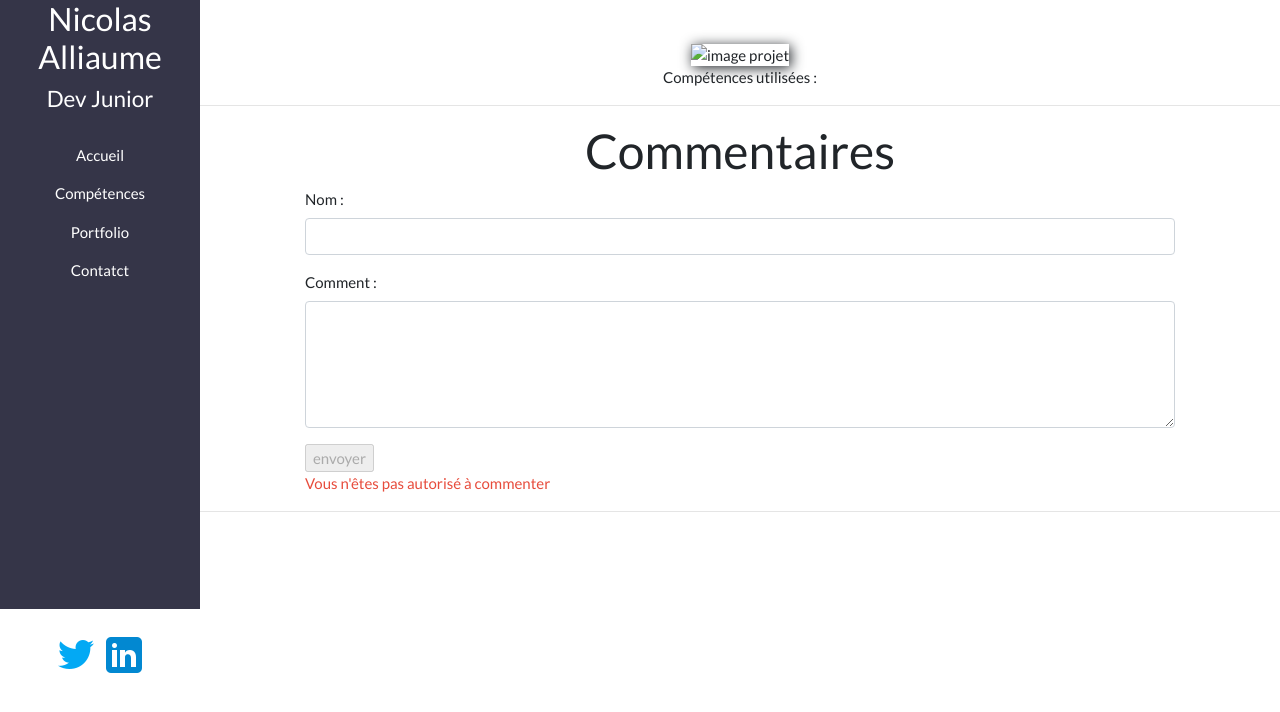
Repository: Nicolas-al/alliaumen
Page: templates/portfolio/index.html.twig
The author's editor kept a copy of each file at every save. The page is drawn from the files as they stood at one save, then again after the next save.
The browser window is 1280 px wide. The pictures show the whole page.
Some web fonts or font styles are not loaded; a fallback is used. Some web libraries are served in a nearby version. The page is a Twig template of a Symfony application; nobody is signed in and links lead nowhere. Other server files are loaded and not shown. The template is opened directly, without the code that normally fills it, so the values that code supplies are empty.

Above is the page before, as saved 2020-09-14 15:56:51.

### templates/portfolio/index.html.twig
{% extends 'base.html.twig' %}

{% block body %}
<div class="wrapper">
    <nav id="sidebar">
    {% include 'main/aside.html.twig' %}
    </nav>
    <div class="content">
        <section class="project_page">
            <div class="container">
                <h1>{{ portfolio.title }}</h1>
                <p> {{ portfolio.description }}</p>
                <figure>
                <img src="{{ vich_uploader_asset( portfolio, 'imageFile') | imagine_filter('slider_thumb')}}" alt="image projet">
                <figcaption>Compétences utilisées : {{ portfolio.skills }}</figcaption>
                </figure>
            </div>
        </section>
        <hr>
        <section id="comment_block">
            <div class="container col-lg-10" id="comment_whrite">
                <h1> Commentaires </h1>
                <form action={% if is_granted('ROLE_MODO') %} "{{ path('modo_project', {'id' : portfolio.id}) }}"
                {% else %}
                "{{ path('portfolio', {'id' : portfolio.id}) }}"
                {% endif %}
                method="post">
                    <div class="form-group">
                        <label for="author">Nom :</label>
                        <input class="form-control" type="text" name="author" required/>
                    </div>
                    <div class="form-group">
                        <label for="comment">Comment :</label>
                        <textarea class="form-control" rows="5" name="comment" id="comment" required></textarea>
                    </div>
                    <div class="form-group">
                        {% if ip == ipBan %}
                        <input type="submit" name="submit" value="envoyer" disabled>
                        <p class="text-danger"> Vous n'êtes pas autorisé à commenter </p>
                        {% else %}
                        <input type="submit" name="submit" value="envoyer">
                        {% endif %}
                    </div>
                </form>
            </div>
            <hr>
            <div class="container col-lg-10" id="comments">
                {% for comment in comments %}
                    {% if comment.portfolio == portfolio %}
                    <div class="row comment" id="{{ comment.id }}">
                        <div class="col-lg-12" id="author_comment">
                            <p>Posté par <strong>{{ comment.author }}</strong> le {{ comment.createdAt | date('d/m/Y') }} à {{ comment.createdAt | date('H:i') }}h </p>
                        </div>
                        <div class="col-lg-12" id="content_comment">
                            <p>{{ comment.content }} </p>
                        </div>
                        {% if is_granted('ROLE_MODO') %}
                        <div class="form-group" id="moderate-buttton">
                            <div class="delete-com" onclick="deleteCom({{ comment.id }}, {{ portfolio.id }})">
                                <input type="button" class="btn btn-primary" value="Supprimer">
                            </div>
                            <div class="moderate" onclick="banIp({{ comment.id }}, {{ portfolio.id }})">
                                <input type="button" class="btn btn-primary" value="Bannir l'IP">
                            </div>
                        </div>
                        {% endif %}
                    </div>
                    {% endif %}
                {% endfor %}
            </div>
        </section>
    </div>
</div>

{% endblock %}

### templates/base.html.twig
<!DOCTYPE html>
<html>
    <head>
        <lang="fr">
        <meta charset="UTF-8">
        <meta name="viewport" content="width=device-width, initial-scale=1">

        <title>{% block title %}Projet5!{% endblock %}</title>
        {% block stylesheets %}
        <link type="text/css" rel="stylesheet" href="{{ asset('/css/style.css') }}" />
        <link type="text/css" rel="stylesheet" href="{{ asset('/css/project.css') }}" />
        <link rel="stylesheet" href="https://bootswatch.com/4/flatly/bootstrap.min.css">
        <link rel="stylesheet" href="https://cdnjs.cloudflare.com/ajax/libs/font-awesome/5.9.0/css/all.css">
        <link href="https://fonts.googleapis.com/css2?family=Oswald&family=Philosopher&family=Roboto&family=Crete+Round&family=Dosis:wght@600&family=Merienda:wght@700&display=swap" rel="stylesheet">
        <script src="https://code.jquery.com/jquery-3.5.1.min.js" integrity="sha256-9/aliU8dGd2tb6OSsuzixeV4y/faTqgFtohetphbbj0=" crossorigin="anonymous"></script>
        <script src="{{ asset('js/accueil/profil.js') }}"></script>
        <script src="{{ asset('js/accueil/skills.js') }}"></script>
        <script src="{{ asset('js/accueil/slider.js') }}"></script>
        <script src="{{ asset('js/accueil/contact.js') }}"></script>

        {% endblock %}
    </head>
    <body>

            {# {% block aside %}{% endblock %} #}
            {% block body %}{% endblock %}
            {% block javascripts %}{% endblock %}
            <footer>
            {% block footer %}{% endblock %}
            </footer>
            <script src="{{ asset('js/portfolio/deleteCom.js') }}"></script>
            <script src="{{ asset('js/portfolio/banIp.js') }}"></script>
    </body>
</html>

### templates/main/aside.html.twig

    {% block sidebar %}
            <div class="sidebar-header">
                <h3 class="text-center">Nicolas Alliaume</h3>
                <h4 class="text-center">Dev Junior</h4>
            </div>
            <div class="navbar navbar-expand text-center">
                <ul class="nav" style="width: -webkit-fill-available">
                    <li class="nav-item active"><a href="/#" class="nav-link text-white">Accueil</a></li>
                    <li class="nav-item"><a href="/#block_competences" class="nav-link text-white">Compétences</a></li>
                    <li class="nav-item"><a href="/#block_portfolio" class="nav-link text-white">Portfolio</a></li>
                    <li class="nav-item"><a href="/#block_contact" class="nav-link text-white">Contatct</a></li>
                </ul>
            </div>
            <div class="block_network">
                <h6>RESEAUX SOCIAUX</h6>
                <div class="d-flex justify-content-center">
                    <img class="" src="{{ asset('images/icons/icon-twitter.png') }}" alt="icon de twitter">
                    <img src="{{ asset('images/icons/icon-linkedin.png') }}" alt="icon de linkedin">
                </div>
            </div>
    {% endblock %}

### public/css/style.css
.wrapper {
    display: flex;
    width: 100%;
    align-items: stretch;
}

#sidebar{
    background : #353548;
    max-width: 200px;
    min-width: 200px;
}
#header{
    height: 400px;
}
#block_competences{
    height: 500px;
    margin-left: 0;
    margin-right: 0;
}
#block_portfolio{
    height: 1400px;
}
#block_contact{
    margin-top: 20px;
    height: 380px;
}
footer{
    background: #353648
}
.button{
    background: #14a7ea;
    border: 1px solid white;
    padding: 9px 46px;
    border-radius: 4px;
}
.button a{
    font-size: 1.2em;
}
.button a:hover{
    text-decoration: none;
}

/* sections block titre */

.block_title{
    height: 165px;
    background: #35334814;
    width: 100%;
}
.title_elmt{
    display: flex;
    flex-direction: column;
}
.minus_block{
    text-align: center;
    margin-top: 61px;
}
.minus_one{
    color: #11a7ea
}
.minus_two{
    color: #1d75d2;
}
.minus_three{
    color: #353648;
}
.title{
    display: flex;
    margin-left: -15px;
    margin-right: -15px;
}
.title h4{
    font-family: 'Philosopher', sans-serif;
    margin-right: auto;
    margin-top: auto;
    margin-bottom: auto;
}
.title img{
    height: 39px;
    margin-top: auto;
    margin-left: auto;
    margin-bottom: auto;
}

/*------------------------------------- ASIDE -------------------------------------*/

#aside h3{
    font-family: 'Oswald', sans-serif;
}
.sidebar-header{
    color: white;
}
#sidebar ul{
    justify-content: center;
}
.block_nav{
    position: fixed;
    top: 27%;
    width: 15.7%
}

.block_nav ul{
    display: flex;
    flex-direction: column;
    margin: auto;
    justify-content: end;
}
.block_nav a{
    font-family: 'Catamaran', sans-serif;
    padding-left: 20px
}

.block_network{
    position: fixed;
    top: 84%;
    text-align: center;
    width: 15.7%;
}
h6{
    color: white;
}
/*----------------------------------- HEADER -----------------------------------*/

.header_p{
    font-family: 'Merienda', cursive;
    font-size: 1.3em;
    color: #212529e8;
    width: 93%;
    box-shadow: 0px 0px 7px;
    text-align: center;
}

#block_photo{
    max-width: 35%;
    margin: auto;
    padding-bottom: 40px;
}

/* Mon profil */

#block_profil{
    height: fit-content;
}

#profil{
    justify-content: center;
    align-items: center;
}
.block-down{
    margin-right: 5%;
}
.from-center{
    margin-left: 45px;
}
/* Animation double Flèches vers le bas */

@keyframes down{
	0% {transform: translateY(0%) ; opacity: 0.5}
	25% {transform: translateY(-30%); opacity: 0.2}
    75% {transform: translateY(30%); opacity: 1}
    100% {transform: translateY(0%); opacity: 0.5}
}
.double-down{
	animation: down 1.2s infinite;
	width: 3%;
}

/* ~~~~~~~ INIT. BTN ~~~~~~~ */

#profil{
    position: relative;
    padding: 1.4rem 4.2rem;
    padding-right: 3.1rem;
    font-size: 1.4rem;
    color: black;
    letter-spacing: 1.1rem;
    text-transform: uppercase;
    transition: all 500ms cubic-bezier(0.77, 0, 0.175, 1);
    cursor: pointer;
    user-select: none;
}

#profil:before, #profil:after {
    content: '';
    position: absolute;
    transition: inherit;
    z-index: -1;
    box-sizing: border-box;
}

#profil:hover {
    color: white;
    transition-delay: .5s;
}

#profil:hover:before {
    transition-delay: 0s;
}

#profil:hover:after {
    background: #353648;
    transition-delay: .35s;
}


#profil:before {
    top: 0;
    left: 50%;
    height: 100%;
    width: 0;
    border: 1px solid #353648;
    border-left: 0;
    border-right: 0;
}

#profil:after {
    bottom: 0;
    left: 0;
    height: 0;
    width: 100%;
    background: #353648;
}

#profil:hover:before {
    left: 0;
    width: 100%;
}

#profil:hover:after {
    top: 0;
    height: 100%;
}

#profil_panel{
    display: none;
}


/* ------------------------------------BLOCK COMPETENCES--------------------------------------*/
#skills{
    display: flex;
    width: 100%;
}
.skills{
    margin-bottom: -200px;
}
.skills-title{
    align-items: center;
}
.skills-title i{
    margin: inherit;
}
.logo-skills p{
    width: fit-content;
    margin: auto;
}
.logo-skills:hover{
   font-size: 20px;
   transition: 1s;
   font-weight: bold;
}
#skills img{
    width: 48px;
}
#skills img:hover{
    width: 65px;
    transition: 0.5s;
}
.align-title{
    margin: inherit;
    margin-left: 5px;
}

#front{
    width: 53%;
    border-bottom: 300px solid whitesmoke;
}
#back{
    width: 59%;
    border-bottom: 300px solid #353448;
    border-left: 43px solid #f5f5f5fc;
}

/* -------------------------------------------BLOCK PORTFOLIO----------------------------------------- */

#para_portfolio{
    height: 100px;
    padding: 0px 20px;
    text-align: center;
}

/* -------Slider------- */
.block_slides{
    height: 40%;
}
#block_portfolio h4{
    text-align: center;
    font-family: 'Philosopher', sans-serif;
}
.panel_project{
    width: 92%;
    margin: auto;
    display: none;
    box-shadow: 0px 0px 27px #353448;
    border-radius : 5px;
}


.description_project{
    border-bottom: 5px solid #f39c12c9;
    background: white;
    padding: 10px;
    border-top-left-radius: 5px;
    border-top-right-radius: 5px;
}
.description_project h4{
    font-weight: 700;
}
.description_project p{
    font-size: 1.1em;
}
.project img{
    width: 100%;
}
.project_link{
    border: 2px solid white;
    margin-left: 40%;
    position: absolute;
    z-index: 13;
    padding: 7px 15px;
    margin-top: -27%;
    background: #1e74d2;
}
.project_link:hover{
    background: #100f19;
}
.project_link a:hover{
    text-decoration: none;
}
.skills_project{
    border-top: 5px solid #f39c12c9;
}
.skills_project p{
    padding-right: 2%;
    padding-left: 2%;
    padding : 10px;
}
.skills_project span{
    font-weight: bold;
}
/* Cards projects */

#block_project_card{
    margin-top : 15%;
}
#projects_cards{
    text-align: center;
    justify-content: center;
   margin-left: 5%;
}
.project_card{
    color: white;
    margin-left: -10%;
    border: 1px solid;
    box-shadow: 0px 0px 3px;
    border-right: 2px solid;
    border-radius: 11px;
    max-width: 22%;
    background: #353348;
    cursor: pointer;
}
.project{
    opacity: 0.8;
}
.project h4{
    color: white;
}
.project p{
    color: white;
}
.project_content p{
    padding: 3% 9% 0% 9%;
    margin-bottom: 0;
    text-align: justify;
    font-size: 0.8em;
}
.project_content p:last-child{
    margin-bottom: 3%;
}
.project_content h4{
    padding: 3%;
}
.project_content img{
    width: 99%;
}
/*------------------------------------------- BLOCK CONTACT ---------------------------------------- */

#block_contact address a{
    font-weight: bold;
    color: #353648;
}

.modal_contact{
    display: none;
    background: white;
    width: inherit;
    z-index: 100;
    top: 0px;
    height: 100%;
    position: absolute;
    margin-left: -15px;
}

#errors_form{
    color: red;
    font-size: 1em;
    display: none;
}

/*-------------------------- MENTIONS LEGALES ------------------------*/

#mentions_body a{
    color: #0087d1;
}

/*---------------------------- FOOTER ---------------------------------*/

.copyright{

}

/*================================================ RESPONSIVE ======================================================== */
/*================================================            ======================================================== */

@media screen and (max-width: 991px){
    .wrapper{
        display: block;
    }
    #sidebar{
        min-width: 100%;
        max-width: 100%;
    }
    .block_nav{
        position: inherit;
        display: contents
    }
    .block_nav ul{
        display: flex;
        flex-direction: inherit;
        justify-content: center;
    }
    .block_network{
        position: absolute;
        top: 10%;
        left: 5%;
    }
    .block_network h6{
        display: none;
    }
    #mentions_body{
    margin-left: 2%;
    }

    #block_competences{
        height: auto;
    }

    #skills{
        height: fit-content;
        flex-direction: column;
        display: flex !important;
    }
    .skills{
        margin-bottom: 0;
    }
    #front{
        width: auto;
        border-bottom: none;
        background-color: #f5f5f5;
    }
    #text_black{
        padding: 20px 30px
    }
    #back{
        width: auto;
        border-bottom: none;
        border-left: none;
        background-color: #353448;
    }
    #text_white{
        padding: 20px 30px
    }
    .logo-skills{
        width: 20% !important;
    }
    #block_portfolio{
        height: auto;
    }
    #para_portfolio{
        margin-top: 5%;
        margin-bottom: 12%;
    }
    #block_project_card {
        margin-top: 20%;
    }
    .project_card {
        max-width: 26%;
        height: 259px;
    }
}

@media screen and (max-width: 702px){
    .projects_cards{
        margin-left: 5%;
    }
    .project_content p {
        font-size: 0.7em;
    }
    .project_card {
        max-width: 29%;
        height: 241px;
    }

}
    @media screen and (max-width: 500px){
    .project_card {
        max-width: 32%;
        height: 243px;
        }
    .block_slides{
        margin: 0% 0% 0% 2% !important;
    }
    .project_link{
        margin-left: 35%;
    }
    #block_project_card {
        margin-top: 30%;
        padding-left: 7%;
    }
    .block_network{
        top: 1%;
        left: 8%;
    }
    h6{
        display: none;
    }
    #contact_block{
        width: 80%;
    }
}

### public/css/project.css
/* ------------ Project Page -------------- */

h1{
    text-align: center;
    margin: 4%;
}
.project_page p{
    font-size: 1.1em;
    margin: 4% 0%;
    text-align: center;
}
.content{
    width: 100%;
}
figure{
    text-align: center;
}
figure img{
    box-shadow: 2px 2px 13px;
}
#comment_block{
    margin-bottom: 30px;
}
#comments{
    margin-bottom: 9%;
    margin-top: 4%;
}
#comments .comment{
    margin-bottom: 30px;
    border: 1px gainsboro;
}
#author_comment{
background-color: #353648;
color :white
}
#content_comment{
background-color: #35364859;
}

### public/js/accueil/profil.js
$(document).ready(function () {

    var blockDown = $('.block-down>i')
    var profil = $('#profil');
    var x = window.matchMedia("(max-width: 702px)");
    var xSmall = window.matchMedia("(max-width: 576px)");
    var blockSkills = $('#block_competences');

    profil.on("click", function(){
        blockDown.removeClass("double-down");
        $('#profil_panel').fadeIn(2000).delay(1000);
        $('#block_profil').css({
        "margin" : "unset"
        });
        $(this).css({
            "background" : "#353548",
            "color" : "white"
        })
        if (x.matches) { // If media query matches
            blockSkills.css({"margin-top" : "5%"});
          }
        if (xSmall.matches) {
            blockSkills.css({"margin-top" : "33%"});
        }
        console.log('weeee');
    })
});

### public/js/accueil/slider.js
$(document).ready(function () {

    let projectCard = $('.project_card');
    let project = $('.project');
    let infosProject = $('.panel_project');
    let opacitySlide = $('.opacity_slide');
    console.log(projectCard);
    console.log(project);

    for (let i=0 ; i < projectCard.length; i++)
    {
        $(projectCard[1]).css({
            "marginTop" : "-100px",
            "marginBottom" : "100px",
            "background" : "rgb(97, 95, 130);",
            "cursor" : "default"
        });
        for (let a=0 ; a < projectCard.length; a++)
        {
            $(projectCard[a]).click(function (){
                if ($(projectCard[i]).css('marginTop') === '-100px'){
                    $(projectCard[i]).css({
                        "marginTop" : "0px",
                        "marginBottom" : "0px",
                        "background" : "#353348",
                        "cursor" : "pointer"
                    })
                }
                $(projectCard[a]).css({
                    "marginTop" : "-100px",
                    "marginBottom" : "100px",
                    "background" : "rgb(97, 95, 130);",
                    "cursor" : "default"
                })
                $(infosProject[i]).hide();
                $(opacitySlide[i]).hide();
                $(infosProject[a]).show();
                $(opacitySlide[a]).show();
            });


            if ($(projectCard[i]).css('marginTop') === '-100px')
            {
                $(infosProject[i]).show();
                $(opacitySlide[i]).show();
            }


        }
    }
})

### public/js/accueil/contact.js
$(document).ready(function () {
        // on click pour afficher le formulaire
        ($('#form_button')).click(function(){
            $('.modal_contact').show();
            $('#sidebar').on('click', function(){
                $('.modal_contact').hide();
            });
        });
        //on attribut un href au btn de validation du formulaire
        if($('.modal_contact').hide()){
            console.log($('#form_link').attr("href"));
            $('#form_link').attr("href", "#contact_form");
        }
        // on click pour valider le formulaire
        $('#button_form').on('click', function(e){
            var name = $('#name').val();
            var firstName = $('#firstname').val();
            var mail = $('#mail').val();
            var message = $('#message').val();
            // si des champs sont vides : message erreur
            if (name === "" || firstName === "" || mail === "" || message === ""){
                var errorsForm = $('#errors_form').text("Un ou plusieurs champs ne sont pas remplis");
                errorsForm.fadeIn(300).delay(8000).fadeOut(1000);
            }
            // si tout es ok on fait une requete ajax
            else{
                $.ajax({
                    url: '/sendmail',
                    type: 'POST',
                    dataType : 'html',
                    data : 'name=' + name + '&firstname=' + firstName + '&mail=' + mail + '&message=' + message,
                    success: function (code_html, statut) { // success est toujours en place, bien sûr !
                        console.log(code_html);
                    },
                    error: function (resultat, statut, erreur) {
                    }
                });
                name = $('#name').val("");
                firstName = $('#firstname').val("");
                mail = $('#mail').val("");;
                message = $('#message').val("");
                $('.modal_contact').hide();
                console.log($("#button_form > a").attr("href"));
                $("#button_form > a").attr("href", "#block_contact");
            }
        });
});

### public/js/portfolio/deleteCom.js
function deleteCom(commentId, portfolioId) {
    $.ajax({
        url: '/modo/' + portfolioId + '/?action=deleteCom&commentId=' + commentId,
        type: 'GET',
        dataType: 'html',
        success: function (code_html, statut) { // success est toujours en place, bien sûr !
            console.log('ok');
            let balise = '#' + commentId;
            $(balise).css({
                'display': 'none'
            });
            console.log(balise);
        },

        error: function (resultat, statut, erreur) {
           console.log(resultat, statut );
        }
    });
}

### public/js/portfolio/banIp.js
function banIp(commentId, portfolioId){

    console.log(portfolioId);
        $.ajax({
            url: '/modo/' + portfolioId + '/?action=ban&commentId=' + commentId,
            type: 'GET',
            dataType: 'html',
            success: function (code_html, statut) { // success est toujours en place, bien sûr !
                let balise = '#' + commentId;
                $(balise).css({
                    'display': 'none'
                });
                console.log(balise);
            },
        })

}

After the next save:
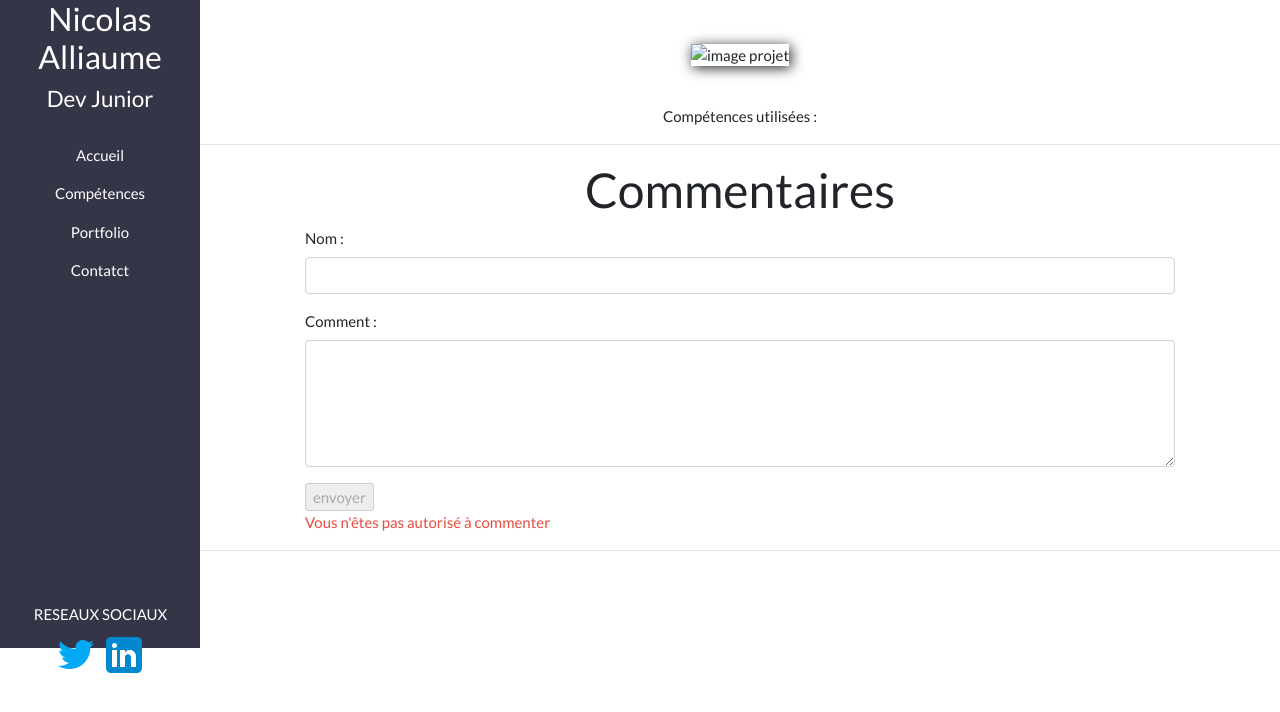
Saved 2 min 31 s later.
--- a/public/css/project.css
+++ b/public/css/project.css
@@ -18,6 +18,9 @@ figure{
 figure img{
     box-shadow: 2px 2px 13px;
 }
+figcaption{
+    margin-top: 39px
+}
 #comment_block{
     margin-bottom: 30px;
 }
